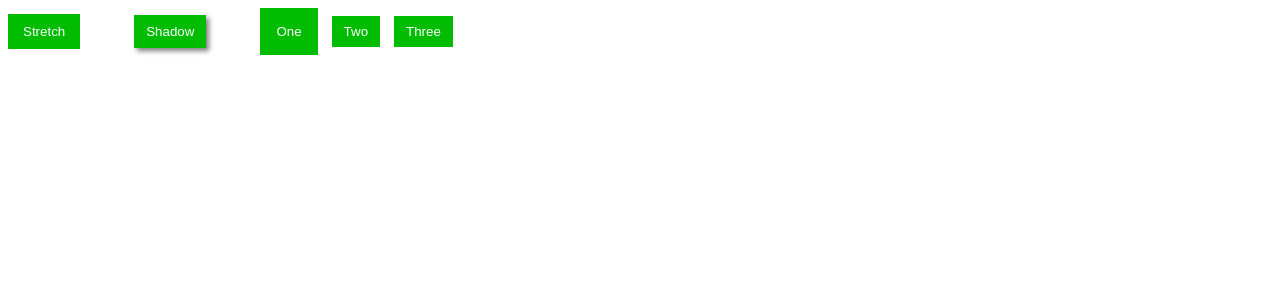
Repository: Kurumilli/Youtube
Page: 4i.html
The author's editor kept a copy of each file at every save. The page is drawn from the files as they stood at one save, then again after the next save.
The browser window is 1280 px wide. The pictures show the whole page.
The pointer rests on the first visible `.stretch-button`.

Above is the page before, as saved 2025-01-29 20:18:16.

### 4i.html
<style>
.stretch{
padding-top: 10px;
padding-bottom: 10px;
padding-left: 15px;
padding-right: 15px;
border-radius: 0;
border: none;
color: white;
background-color: rgb(2, 188, 2);
cursor: pointer;
transition: padding-top 1s,
padding-bottom 1s,
padding-left 1s,
padding-right 1s;
}

.stretch:hover{
    padding-top: 18px;
    padding-bottom: 18px;
    padding-left: 36px;
    padding-right: 36px;
}

.shadow{
margin-left: 50px;
padding-top: 9px;
padding-bottom: 9px;
padding-left: 12px;
padding-right: 12px;
border-radius: 0;
border: none;
color: white;
margin-right: 50px;
cursor: pointer;
background-color: rgb(2, 188, 2);
box-shadow: 3px 3px 5px rgba(0,0,0,0.5);
}

.shadow:active{
    margin-top: 3px;
    margin-left: 3px;
    box-shadow: none;
}

.stretch-button{
    background-color: rgb(2, 188, 2);
    color: white;
    margin-right: 10px;
    padding-top: 8px;
    padding-bottom: 8px;
    padding-left: 12px;
    padding-right: 12px;
    border: none;
    cursor:pointer;
}

.stretch-button:hover{
    padding-top :16px;
    padding-bottom :16px;
    padding-left:16px;
    padding-right :16px;

}
</style>


<button class="stretch">Stretch</button>
<button class="shadow">Shadow</button>
<button class="Stretch-button">One</button>
<button class="Stretch-button">Two</button>
<button class="Stretch-button">Three</button>

After the next save:
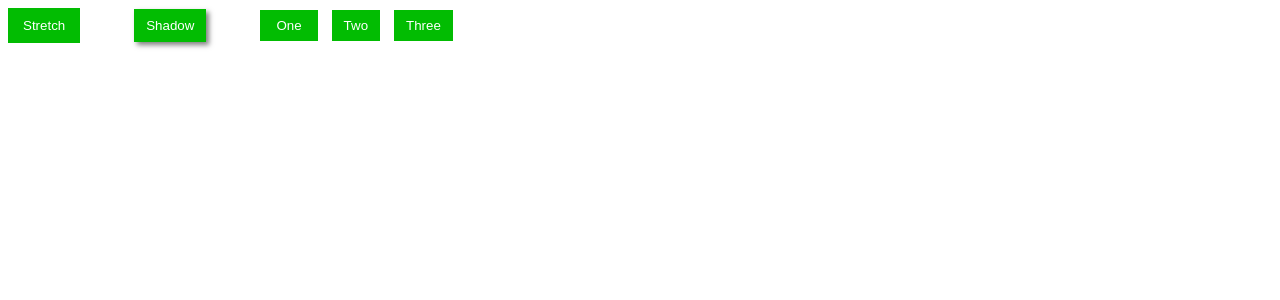
Saved 28 s later.
--- a/4i.html
+++ b/4i.html
@@ -56,8 +56,7 @@ box-shadow: 3px 3px 5px rgba(0,0,0,0.5);
 }
 
 .stretch-button:hover{
-    padding-top :16px;
-    padding-bottom :16px;
+
     padding-left:16px;
     padding-right :16px;
 
